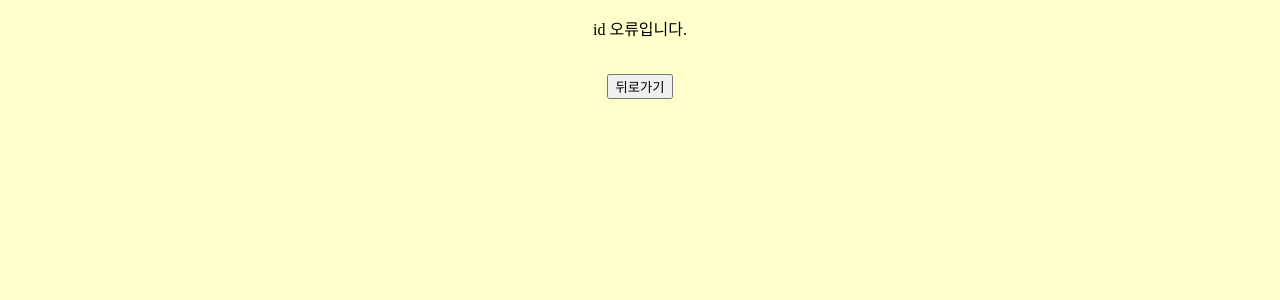
Repository: KangEunseo/2019-jsp-class
Page: http://localhost/BasicJSP/loginsession/loginSessionPro.jsp
The author's editor kept a copy of each file at every save. The page is drawn from the files as they stood at one save, then again after the next save.
The browser window is 1280 px wide. The pictures show the whole page.
The page is served by Tomcat 9. Queries for data that is not in the repository find no rows.

Above is the page before, as saved 2019-09-26 00:39:41.

After the next save:
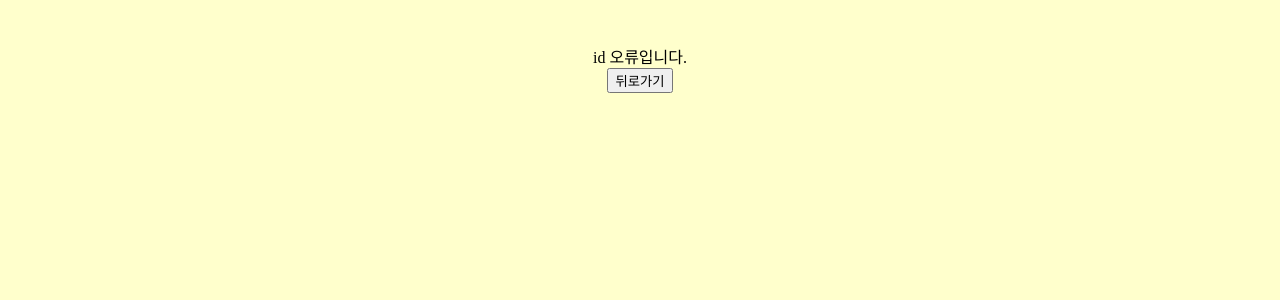
Saved 70 s later.
--- a/BasicJSP/WebContent/loginsession/loginSessionPro.jsp
+++ b/BasicJSP/WebContent/loginsession/loginSessionPro.jsp
@@ -38,10 +38,10 @@
 	<p><input type="button" value="로그아웃" onClick="javascript:location.href='logoutSession.jsp'"></p>
 <%
 	} else if(result == 2) {	%>
-		<p>id 오류입니다.</p><br>
+		<br><br>id 오류입니다.<br>
 		<input type="button" value="뒤로가기" onClick="history.back()">
 <%	} else if(result == 3) {	%>
-		<p>password 오류입니다.</p><br>
+		<br><br>password 오류입니다.<br>
 		<input type="button" value="뒤로가기" onClick="history.back()">
 <%	}	%>
 </div>
